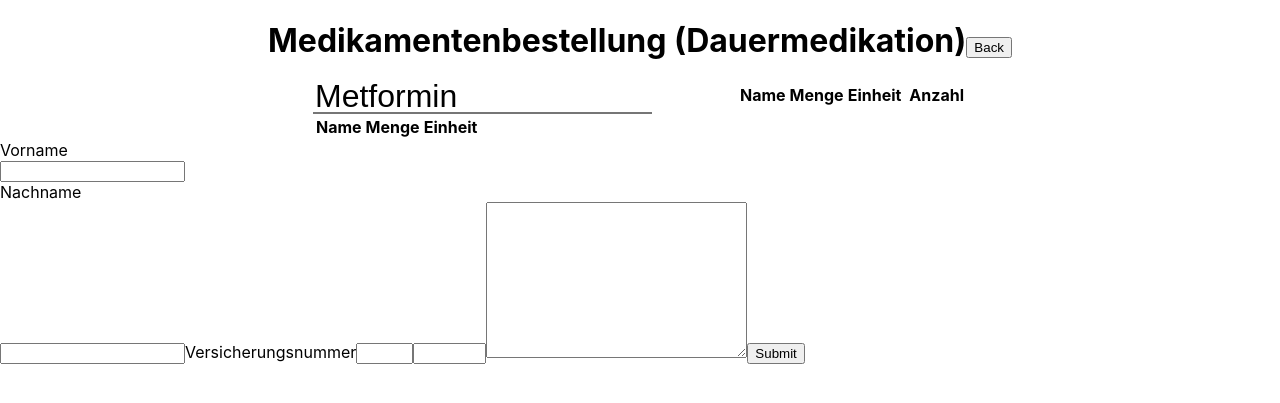
Repository: Esatollah/MedDemo
Page: / (app in client/)
An editor plug-in stored every save of this project. The page is shown before and after the next save, followed by the edit.
The browser window is 1280 px wide. The pictures show the whole page.
The page's requests for data from a server got no answer. The project was rebuilt for these pictures with package versions that can differ from the ones it lists, and the page was loaded fresh each time. No one was signed in, and anything a server would have sent is missing. Also part of the build but not shown: client/src/App.css, client/src/Routes/Bestellungen.jsx.

Above is the page before, as saved 2022-06-09 16:15:55.

### client/src/App.js
import './App.css';
import SearchBar from './Routes/Search';
import {BrowserRouter, Routes, Route} from 'react-router-dom'
import Bestellungen from './Routes/Bestellungen';
import ReactModal from 'react-modal';

ReactModal.setAppElement('#root')
function App() {
  return (
    <BrowserRouter>
    <Routes>
      <Route path='/' element={<div><SearchBar/></div>}/>
      <Route path='/bestellungen' element={<div><Bestellungen/></div>}/>
    </Routes>
    </BrowserRouter>
  );
}

export default App;

### client/src/Routes/Search.jsx
import React, { useState, useEffect } from 'react'
import DrugAPI from '../api/DrugAPI';
import Form from '../components/Form';
import './Search.css'


const Search = () => {

  const [searchinput, setSearchinput] = useState("Metformin");
  const [drugs, setDrugs] = useState([]);
  const [cartitems, setCartitems] = useState([]);

  useEffect(() => {
    const fetchData = async () => {
      try {
        const result = await DrugAPI.get(`/?drugsearch=${searchinput}`)
        setDrugs(result.data.meds)
      } catch (err) {
        console.error(err);
      }
    }

    fetchData();

  }, [searchinput])

  const handleDrugClick = (e, x) => {
    const is_in_cart = cartitems.some(y => {
      if (y.id === x.id) {
        return true;
      }

      return false;
    })

    if (is_in_cart) {
      return
    }
    let temp = { ...x, anzahl: "1" }
    setCartitems([...cartitems, temp]);
  }

  const handleDelete = (e, x, index) => {
    let temp = [...cartitems]

    temp.splice(index, 1);

    setCartitems(temp);
  }

  const handleCountchange = (e, x, index) => {
    let temps = [...cartitems]
    let temp = {
      ...temps[index],
      anzahl: e.target.value
    }
    temps[index] = temp
    setCartitems(temps);

  }


  return (
    <>
      <h1>Medikamentenbestellung (Dauermedikation)<a href='/bestellungen'><button >Back</button></a></h1>
      <div className='order-container'>
        <div className='search-container'>
          <input type="search" placeholder="Suche" id="search" value={searchinput} onChange={e => setSearchinput(e.target.value)} />
          <div className='table-container'>
            <table className='drugtable'>
              <thead>
                <tr>
                  <th scope='col'>
                    Name
                  </th>
                  <th scope='col'>Menge</th>
                  <th scope='col'>Einheit</th>
                  <th scope='col'></th>
                </tr>
              </thead>
              <tbody>
                {drugs && drugs.map((x) => {
                  return (
                    <tr key={x.id} className="drug-row" >
                      <td className={x.name}>{x.name}</td>
                      <td>{x.menge}</td>
                      <td>{x.mengenart}</td>
                      <td><button onClick={(e) => { handleDrugClick(e, x) }}>+</ button></td>
                    </tr>
                  )
                })}
              </tbody>

            </table>
          </div>
        </div>

        <div className='cart-container'>
          <table>
            <thead>
              <tr>
                <th scope='col'>
                  Name
                </th>
                <th scope='col'>Menge</th>
                <th scope='col'>Einheit</th>
                <th scope='col'></th>
                <th scope='col'>Anzahl</th>
              </tr>
            </thead>
            <tbody>
              {cartitems && cartitems.map((x, index) => {
                if (x.abgabezahl) {
                  return (
                    <tr key={index} className="drug-row" >
                      <td>{x.name}</td>
                      <td>{x.menge}</td>
                      <td>{x.mengenart}</td>
                      <td><button onClick={(e) => handleDelete(e, x, index)}>-</button></td>
                      <td><select onChange={(e) => { handleCountchange(e, x, index) }}><option value="1">1</option><option value="2">2</option></select></td>
                    </tr>
                  )
                }
                return (
                  <tr key={index} className="drug-row" >
                    <td>{x.name}</td>
                    <td>{x.menge}</td>
                    <td>{x.mengenart}</td>
                    <td><button onClick={(e) => handleDelete(e, x, index)}>-</button></td>
                    <td>1</td>
                  </tr>
                )
              })}
            </tbody>
          </ table>
        </div>
      </div>

      <Form cartitems={cartitems} setCartitems={setCartitems} />
    </>
  )
}

export default Search

### client/src/api/DrugAPI.js
import axios from 'axios'

export default axios.create({
    baseURL: "http://localhost:5000/api"
})

### client/src/components/Form.jsx
import React, {useState}from 'react'
import DrugAPI from '../api/DrugAPI'

const Form = props => {

    const [fname, setFname] = useState('');
    const [lname, setLname] = useState('');
    const [vpin, setVpin] = useState('');
    const [vbday, setVbday] = useState('');
    const [anmerkungen, setAnmerkungen] = useState('');

    const handleSubmit = (e) => {

        e.preventDefault();
        const formdata = {
            fname,
            lname,
            vpin,
            vbday,
            anmerkungen
        }

        const fetchData = async () =>{
            try {
            await DrugAPI.post("/", {drugs:{...props.cartitems}, ...formdata})
            } catch (error) {
                console.error(error);
            }
    }

    fetchData();

    setFname('');setLname('');setVpin('');setVbday('');setAnmerkungen('');
    props.setCartitems([]);

}


  return (
    <div>
        <form onSubmit={(e) =>handleSubmit(e)}>
            <label htmlFor="fname">Vorname</label><br/>
            <input type="text" value={fname} id="fname" name="fname" onChange={(e)=> setFname(e.target.value)}required/><br/>
            <label htmlFor="lname">Nachname</label><br />
            <input type="text" id="lname" value={lname} onChange={(e) => setLname(e.target.value)}name="lname" required />
            <label htmlFor="pin">Versicherungsnummer</label>
            <input type="text" id="pin" value={vpin} onChange={(e) => setVpin(e.target.value)} name="pin" size="4" minLength="4"maxLength="4" required/>
            <input type="text" id="bday" value={vbday} onChange={(e) => setVbday(e.target.value)} name="bday" size="6" minLength={6} maxLength={6} required/>
            <textarea value={anmerkungen} onChange={(e) => setAnmerkungen(e.target.value)} name="message" rows="10" cols="30" className='textarea'>
            </textarea>
            <input type="submit" value="Submit" ></input><br />
        </form>
    </div>

  )
}

export default Form

### client/src/Routes/Search.css
#search {
    width:80%;
    height: 2rem;
    outline:none;
    border-top: hidden;
    border-right: hidden;
    border-left: hidden;
    font-size: 2rem;
}

.table-container {
    max-height: 200px;
    max-width: 80%;
    min-width:80%;
    overflow-y: auto;
}

h1 {
    display:flex;
    justify-content: center;
}

.order-container {
    justify-content: center;
    display: flex;
    flex-direction: row;
}

.search-container {
    max-width:40%;
}

.drug-row:hover {
    background-color: beige;
}

### client/src/components/Navbar.jsx
import React from 'react'
import { NavWrap } from './NavbarStyles'
const Navbar = () => {
  return (
    <div>Navbar</div>
  )
}

export default Navbar

### client/src/components/NavbarStyles.js
import styled from "styled-components"

export const NavWrap = styled.div`

`;

Loaded but not shown: client/public/index.html (common file); client/src/index.js (common file); client/src/index.css (common file)

After the next save:
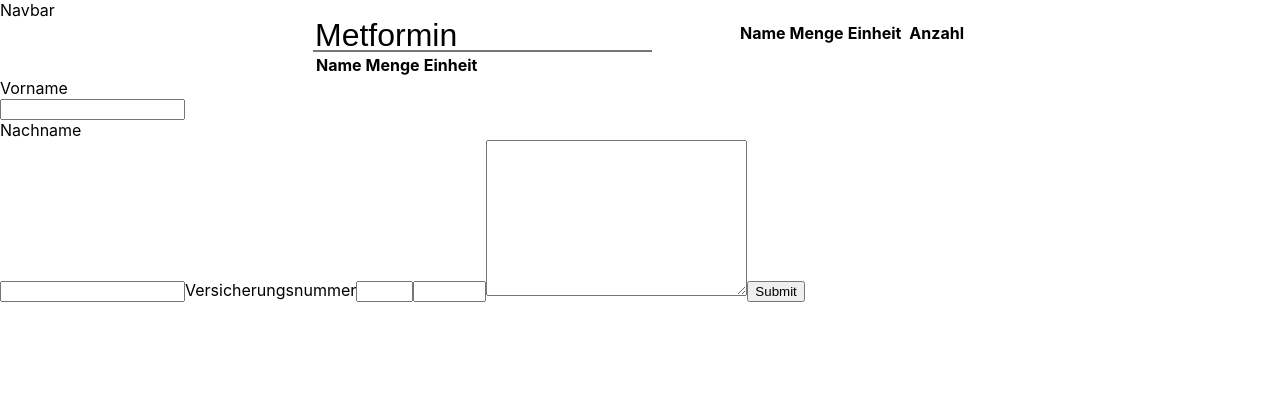
Saved 8 min 28 s later.
--- a/client/src/Routes/Search.jsx
+++ b/client/src/Routes/Search.jsx
@@ -2,6 +2,7 @@ import React, { useState, useEffect } from 'react'
 import DrugAPI from '../api/DrugAPI';
 import Form from '../components/Form';
 import './Search.css'
+import Navbar from '../components/Navbar';
 
 
 const Search = () => {
@@ -62,7 +63,7 @@ const Search = () => {
 
   return (
     <>
-      <h1>Medikamentenbestellung (Dauermedikation)<a href='/bestellungen'><button >Back</button></a></h1>
+      <Navbar></Navbar>
       <div className='order-container'>
         <div className='search-container'>
           <input type="search" placeholder="Suche" id="search" value={searchinput} onChange={e => setSearchinput(e.target.value)} />
